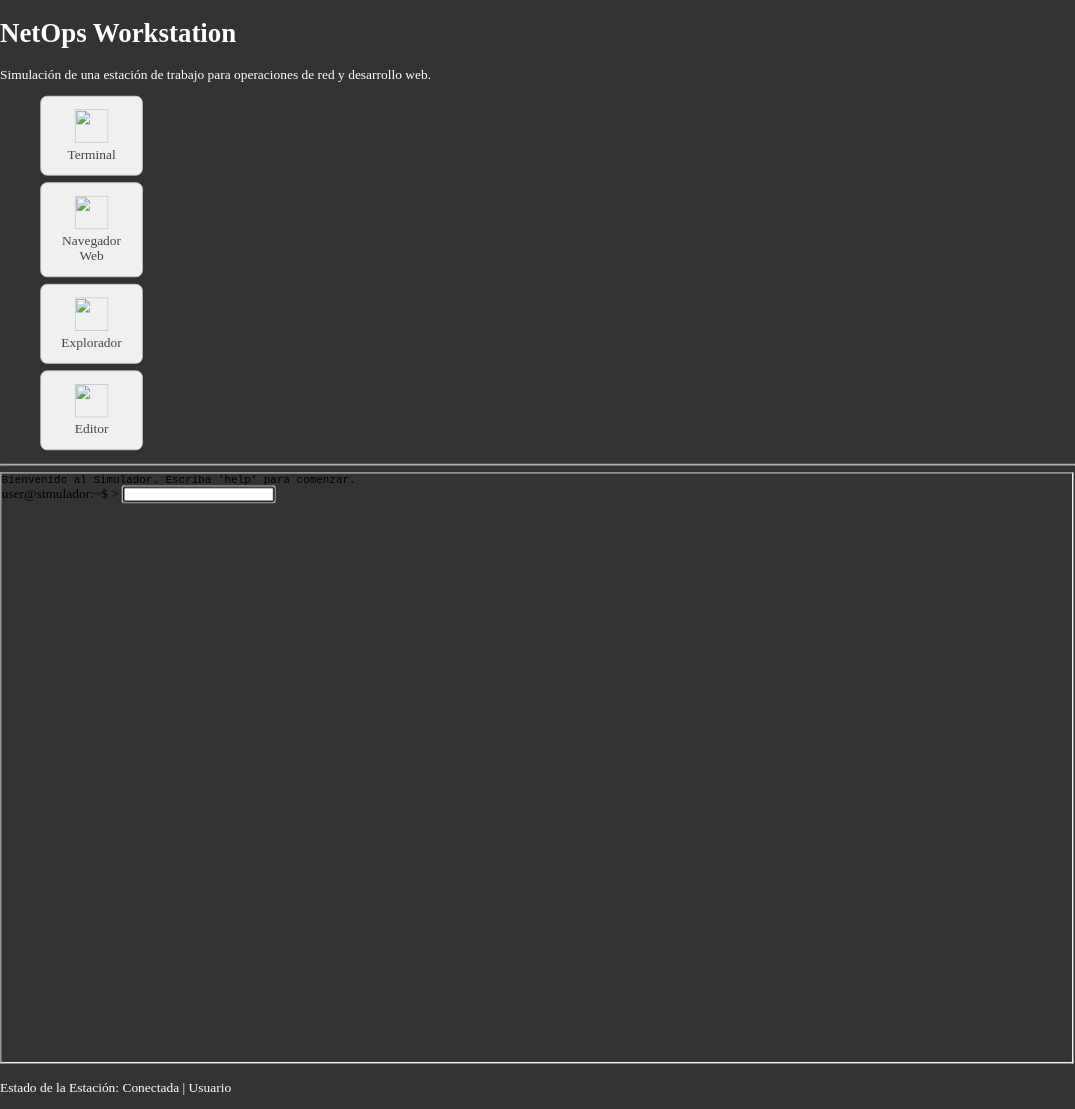
Repository: ValdezGalia/ProgramacionWebUcab
Page: lan-01.html
The author's editor kept a copy of each file at every save. The page is drawn from the files as they stood at one save, then again after a run of saves.
The browser window is 1280 px wide. The pictures show the whole page, at 84% of full size.

Above is the page before, as saved 2025-11-13 16:24:45.

After the next 2 saves:
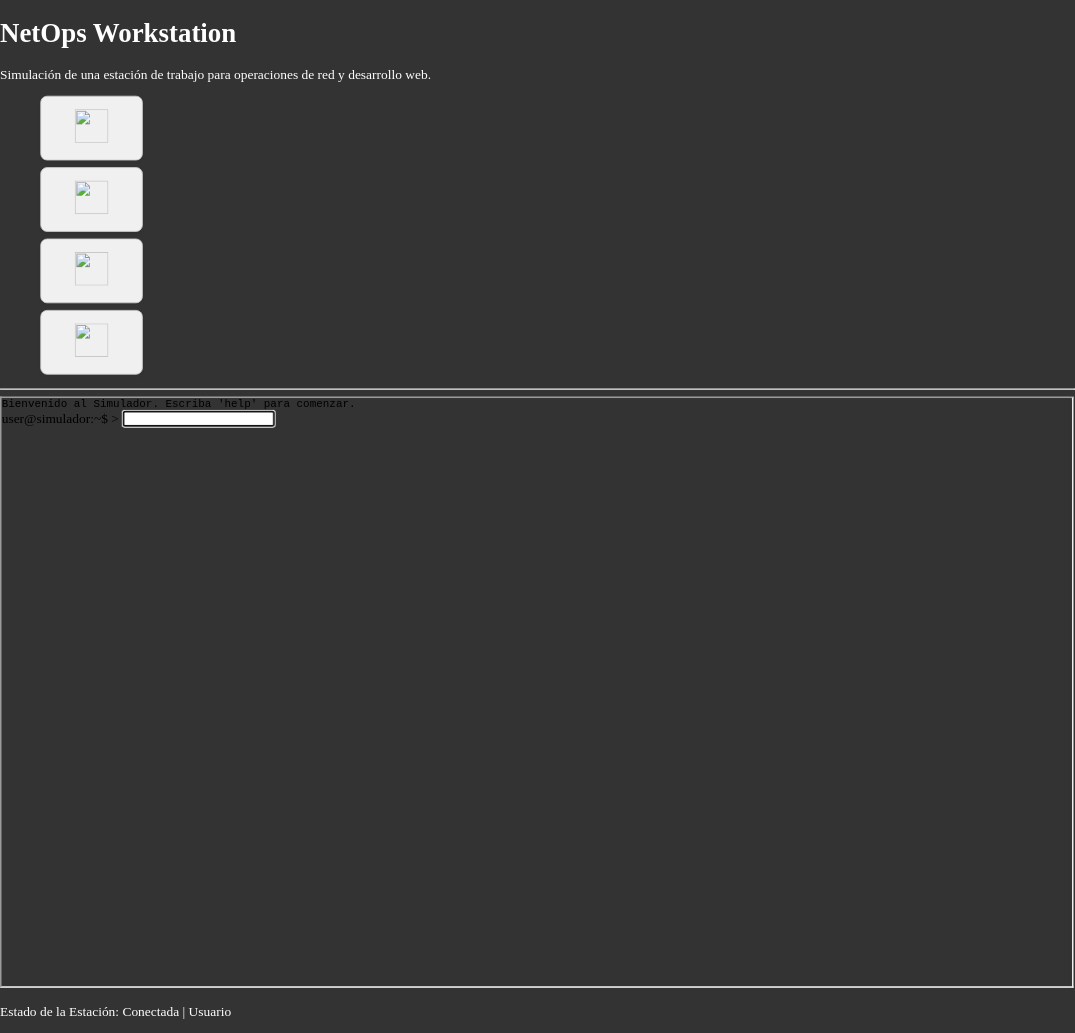
The 2 saves are shown as one change because they came seconds apart.
The last was saved 11 s later.
--- a/lan-01.html
+++ b/lan-01.html
@@ -20,10 +20,10 @@
 
         <nav id="app-navigation" aria-label="Aplicaciones de la estación de trabajo">
             <ul id="app-list">
-                <li><a href="#" data-tool="lineaComandos"><img src="" class="app-icon" alt="">Terminal</a></li>
-                <li><a href="#" data-tool="navegador"><img src="" class="app-icon" alt="">Navegador Web</a></li>
-                <li><a href="#" data-tool="exploradorArchivos"><img src="" class="app-icon" alt="">Explorador</a></li>
-                <li><a href="#" data-tool="editorArchivo"><img src="" class="app-icon" alt="">Editor</a></li>
+                <li><a href="#" data-tool="lineaComandos"><img src="" class="app-icon" alt=""></a></li>
+                <li><a href="#" data-tool="navegador"><img src="" class="app-icon" alt=""></a></li>
+                <li><a href="#" data-tool="exploradorArchivos"><img src="" class="app-icon" alt=""></a></li>
+                <li><a href="#" data-tool="editorArchivo"><img src="" class="app-icon" alt=""></a></li>
             </ul>
         </nav>
 
